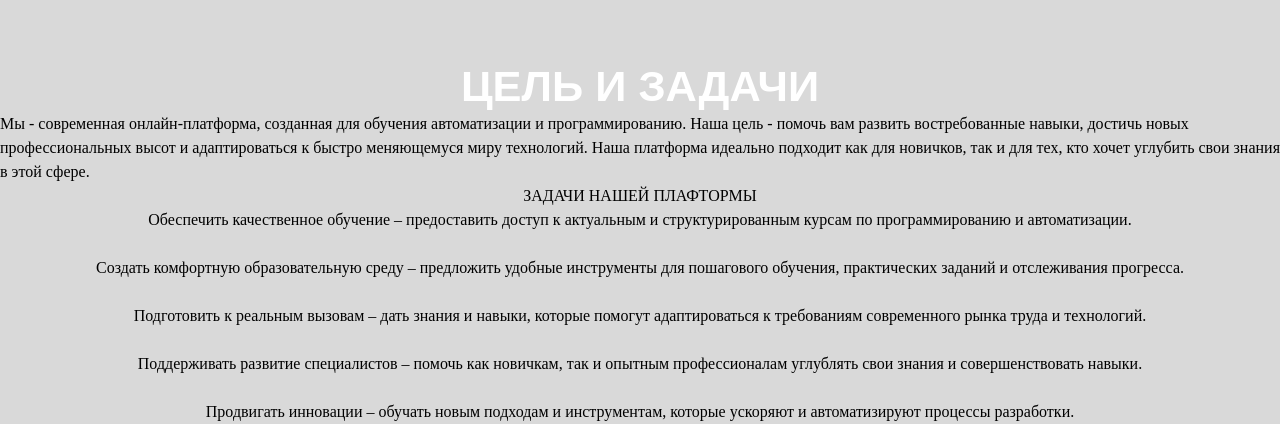
Repository: marjango/course
Page: /aboutus
The author's editor kept a copy of each file at every save. The page is drawn from the files as they stood at one save, then again after the next save.
The browser window is 1280 px wide. The pictures show the part of the page from y = 1280 to 1824 px (the page is 1704 px tall before and 1824 px after).
The project was rebuilt for these pictures with package versions that can differ from the ones it lists, and the page was loaded fresh each time. The framework's server and built-in components were replaced by stand-ins that run in the browser. Also part of the build but not shown: next.config.ts.

Above is the page before, as saved 2025-03-26 22:26:16.

After the next save:
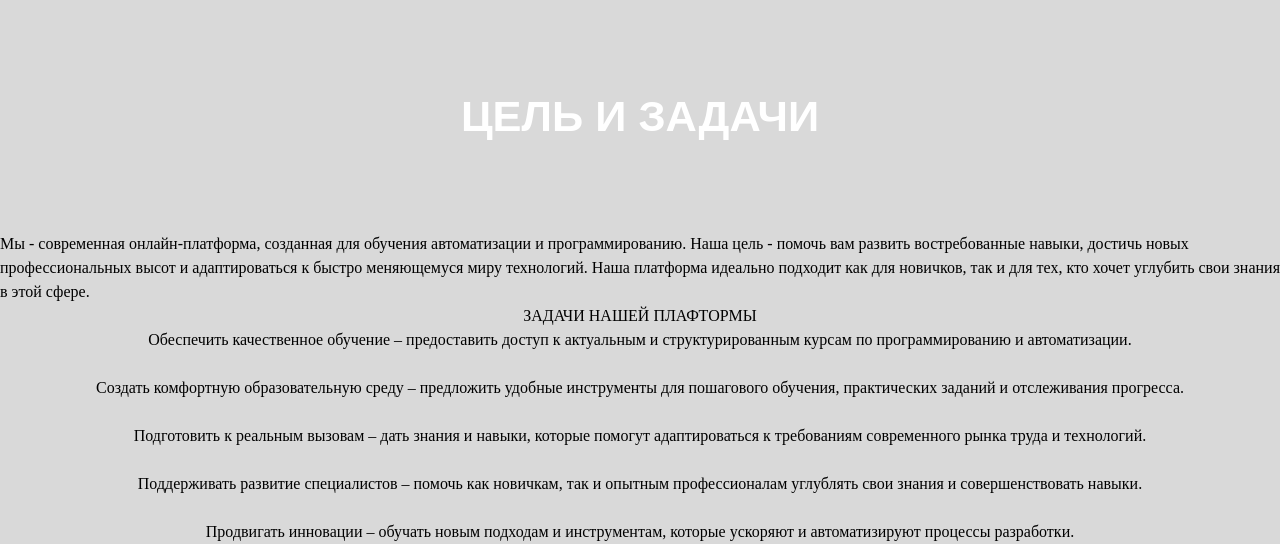
Saved 14 s later.
--- a/app/aboutus/aboutus.module.css
+++ b/app/aboutus/aboutus.module.css
@@ -90,5 +90,5 @@
     align-items: center;
 }
 .aims h1 {
-    margin-top: 60px;
+    margin: 90px 0;
 }
